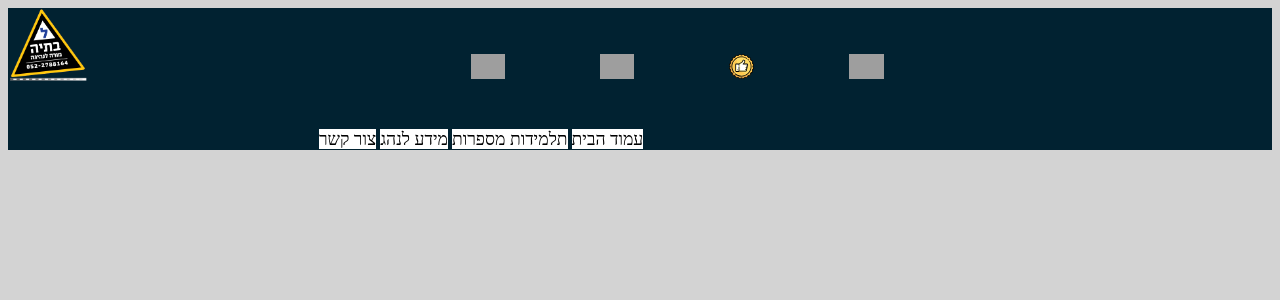
Repository: ChenGinsberg/BatyaLamed-site
Page: index.html
An editor plug-in stored every save of this project. The page is shown before and after the next save, followed by the edit.
The browser window is 1280 px wide. The pictures show the whole page.
Pictures or frames that could not be fetched are drawn as grey boxes.

Above is the page before, as saved 2017-11-09 23:57:14.

After the next save:
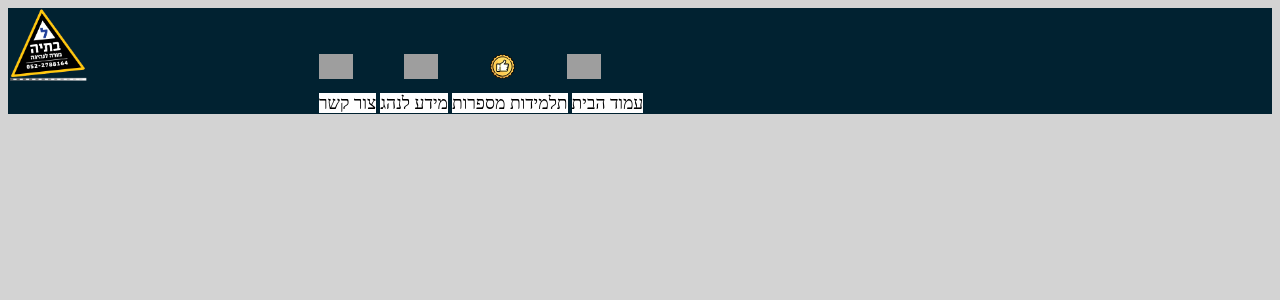
Saved 72 s later.
--- a/style/style.css
+++ b/style/style.css
@@ -18,8 +18,8 @@ body {
 .nav-svg-icon {
     height: 25.6px;
     position: relative;
-    left: 33%;
-    margin: 3.6%;
+    left: 23.8%;
+    margin: 3.6% 37.4px 10px 10px;
 }
 
 .nav-iconn {
